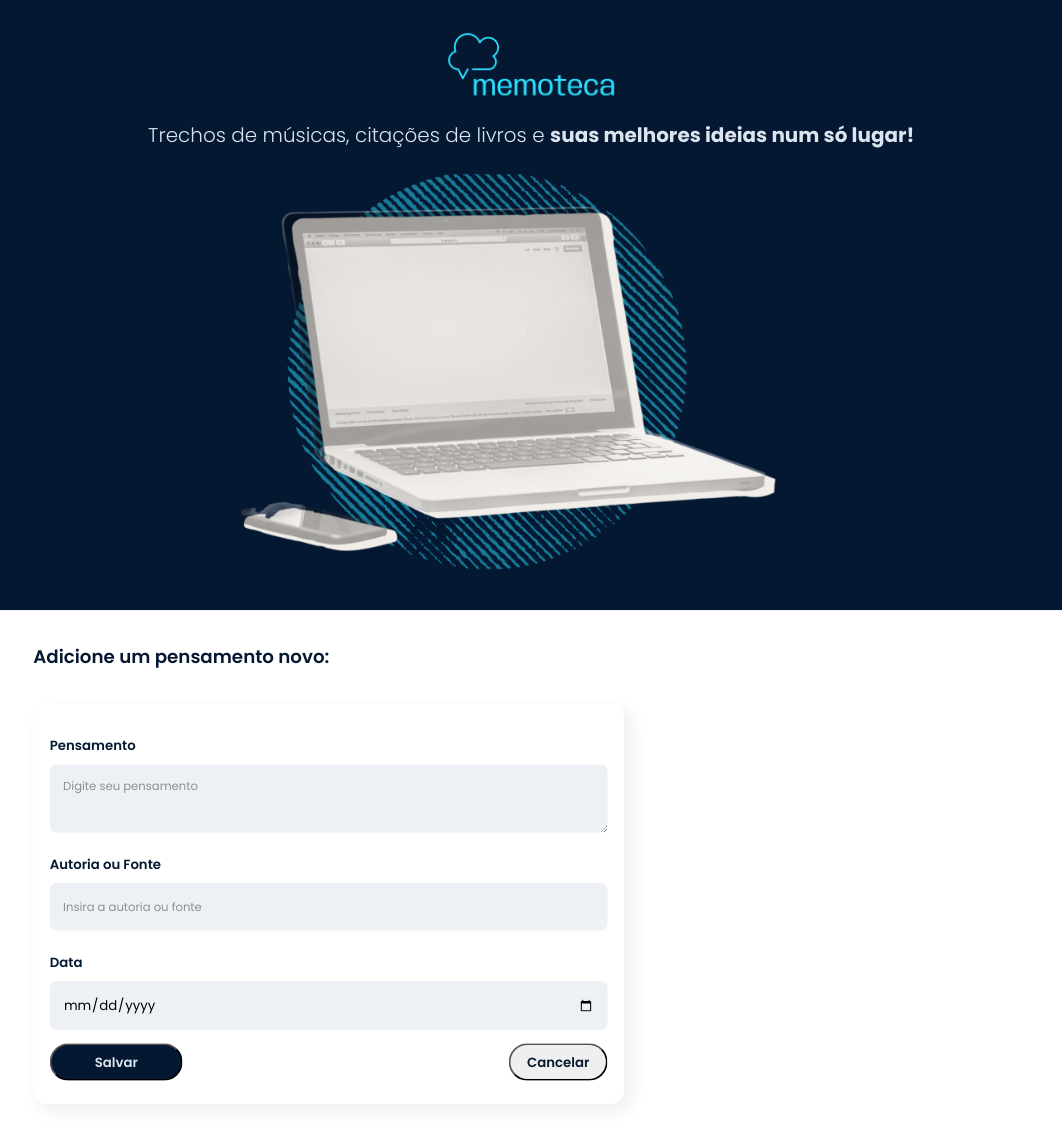
Repository: joaoPraiaJunior/crud_js
Page: index.html
An editor plug-in stored every save of this project. The page is shown before and after the next save, followed by the edit.
The browser window is 1280 px wide. The pictures show the whole page, at 83% of full size.

Above is the page before, as saved 2024-09-26 22:58:04.

After the next save:
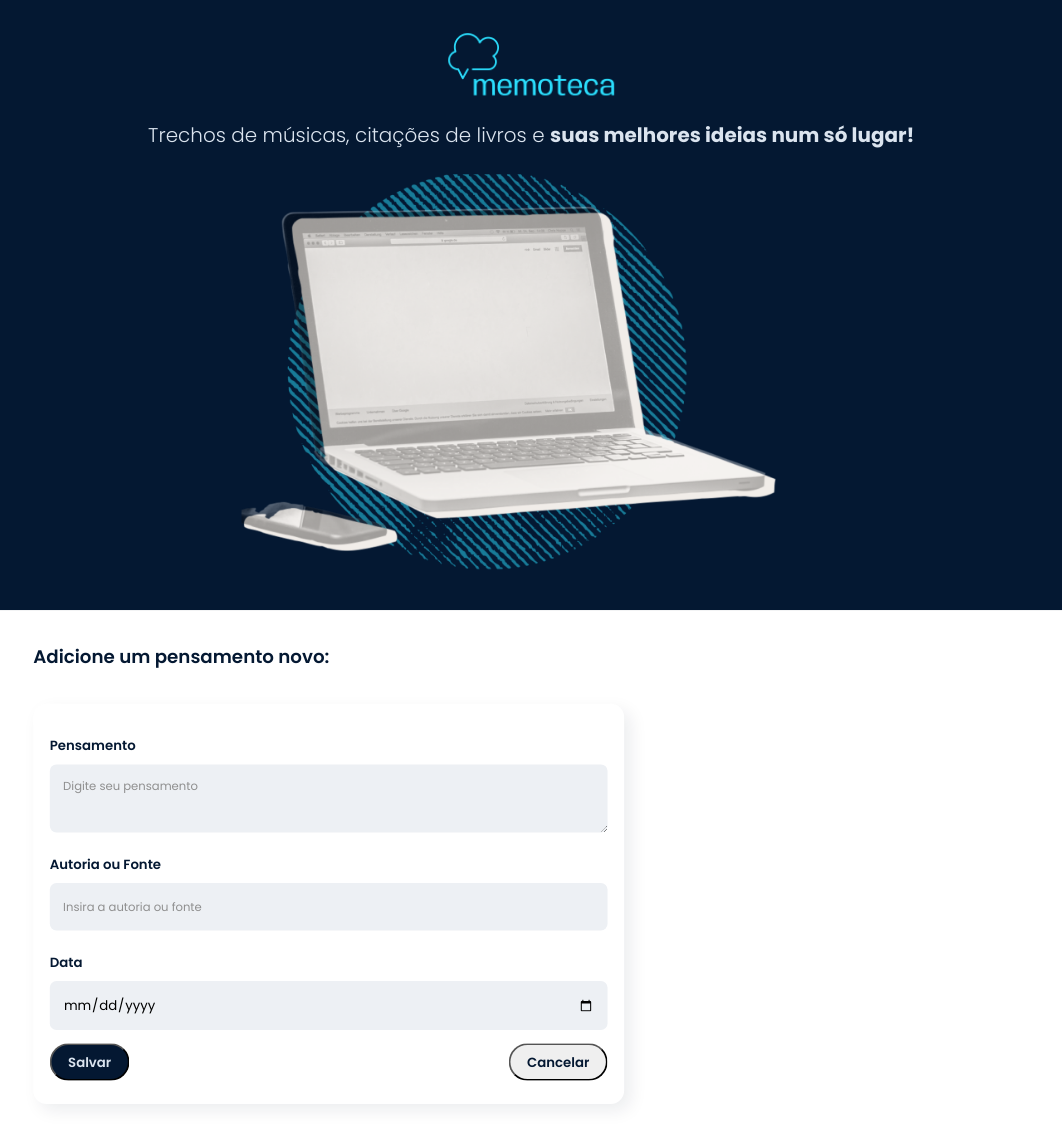
Saved 8 s later.
--- a/css/styles.css
+++ b/css/styles.css
@@ -152,7 +152,7 @@
 
 #botao-salvar {
 	background: var(--Azul-Dark, #041832);
-	min-width: 16rem;
+	min-width: 1.6rem;
 }
 
 #botao-cancelar {

After the 5 saves that followed:
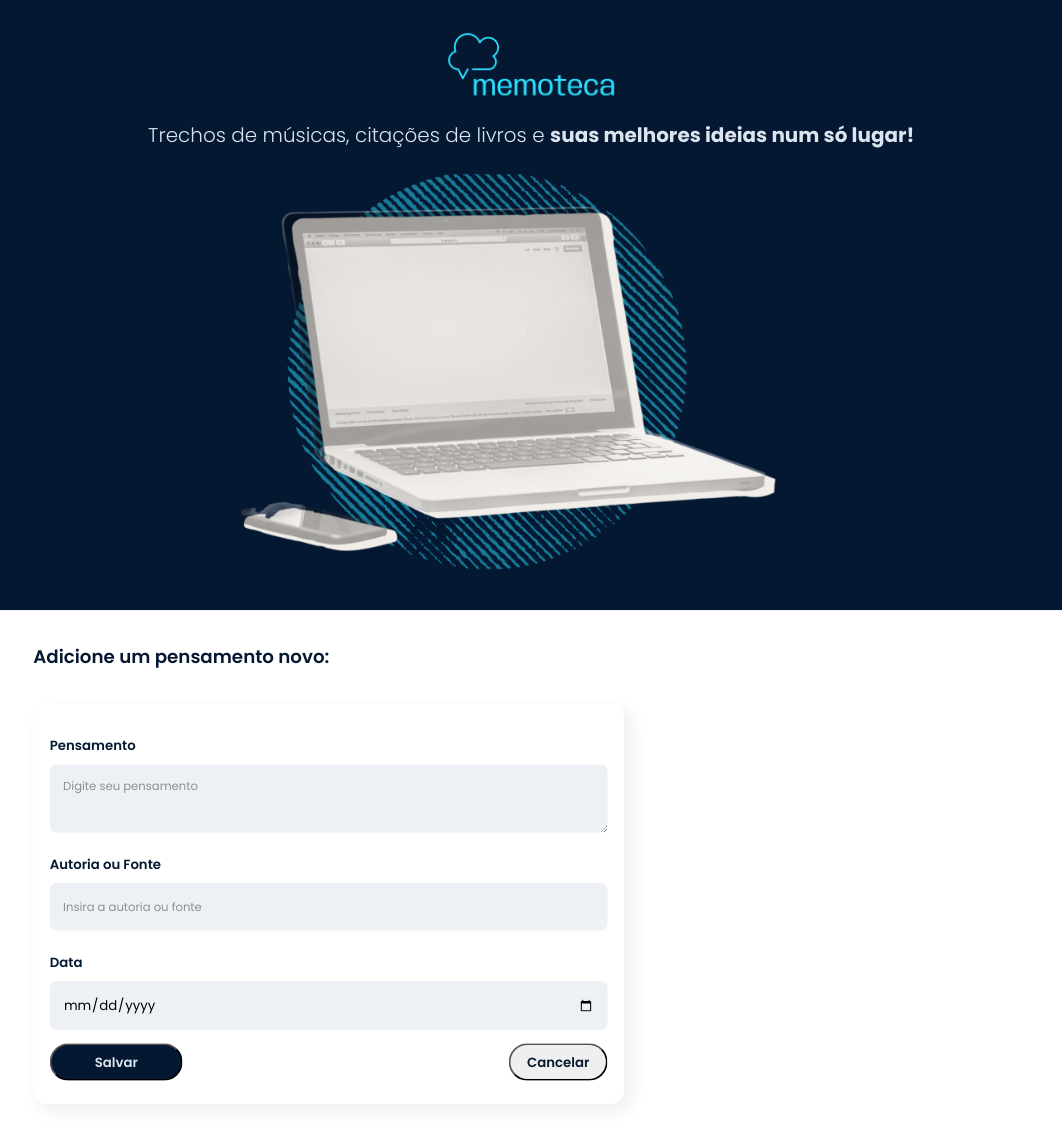
The 5 saves are shown as one change because 3 left the picture as it was and some came seconds apart.
The last was saved 33 s later.
--- a/css/styles.css
+++ b/css/styles.css
@@ -152,7 +152,7 @@
 
 #botao-salvar {
 	background: var(--Azul-Dark, #041832);
-	min-width: 1.6rem;
+	min-width: 16rem;
 }
 
 #botao-cancelar {
